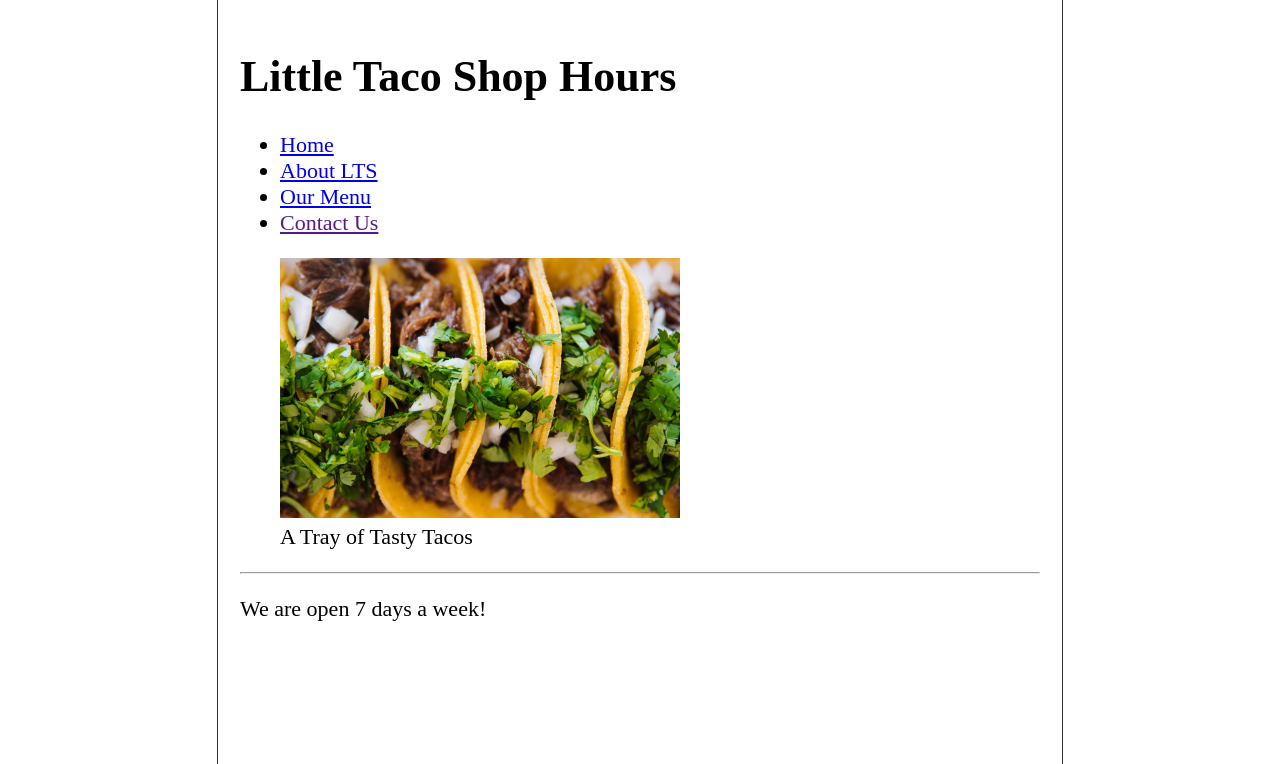
Repository: Israa-Odeh/html-basics-project
Page: hours.html
These files come from the project's save history. The page is drawn as it stood at one moment and after the next save; the edit follows.
The browser window is 1280 px wide. The pictures show the whole page.

Above is the page before, as saved 2024-08-20 02:38:50.

After the next save:
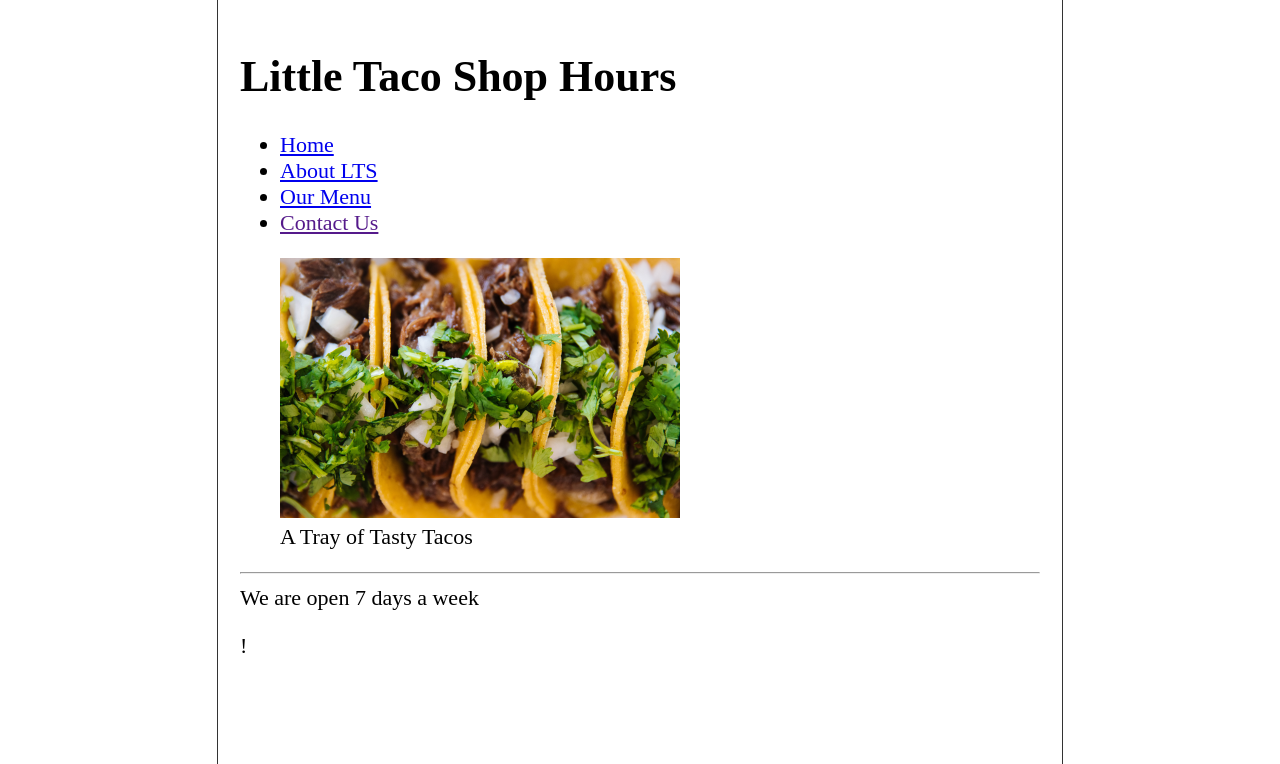
Saved 5 s later.
--- a/hours.html
+++ b/hours.html
@@ -40,8 +40,9 @@
     <hr>
 
     <main>
+        We are open 7 days a week
         <dl>
-            We are open 7 days a week!
+            !
         </dl>
 
     </main>
